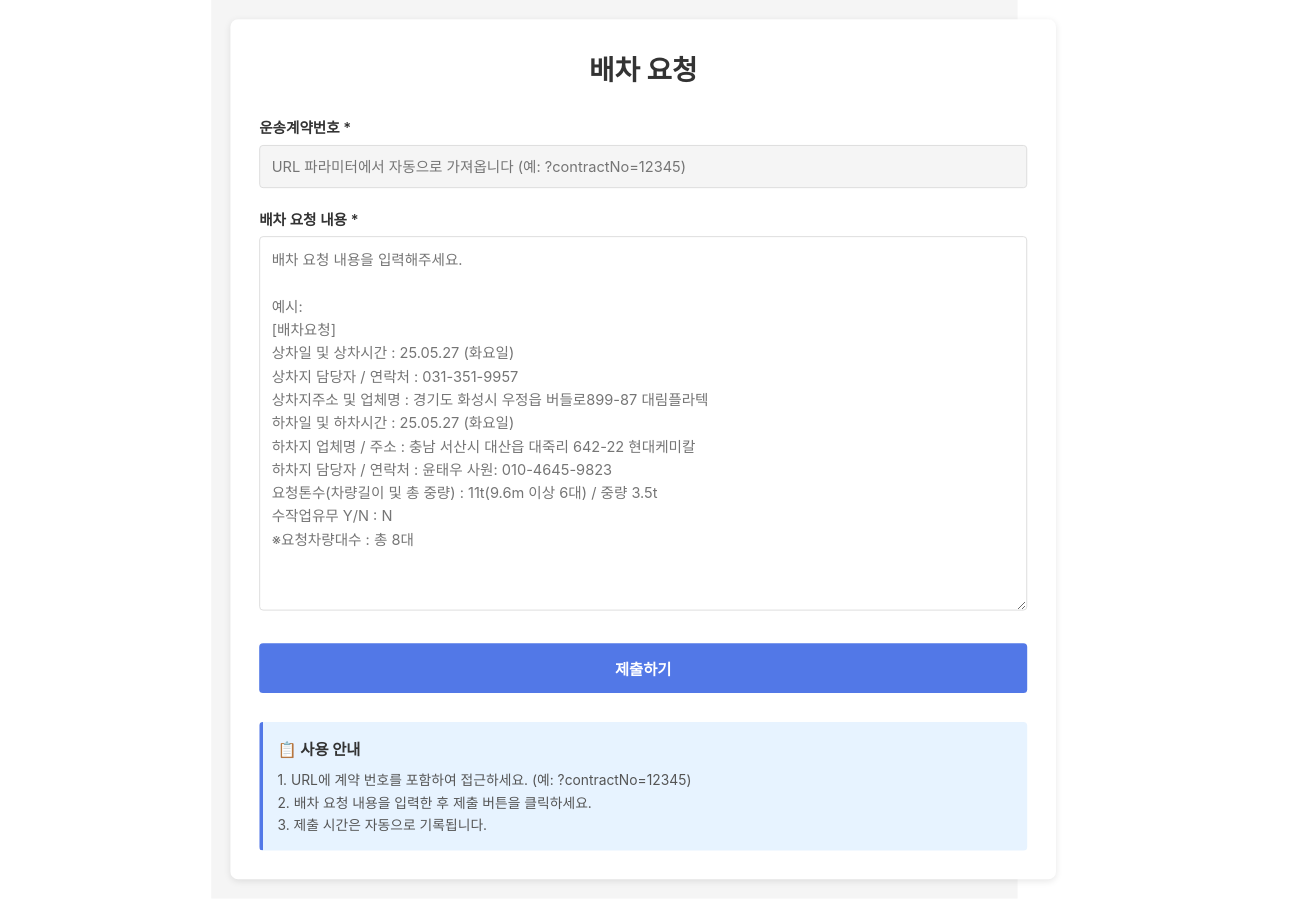
Repository: deul428/logis_transport
Page: / (app in frontend/)
These files come from the project's save history. The page is drawn as it stood at one moment and after the next save; the edit follows.
The browser window is 1280 px wide. The page is 1280 px wide, then 1360 px, so the pictures cover 1360 px, including what lies to the right of the window. The pictures show the whole page, at 96% of full size.
The project was rebuilt for these pictures with package versions that can differ from the ones it lists, and the page was loaded fresh each time. Also part of the build but not shown: frontend/src/App.scss.

Above is the page before, as saved 2025-11-13 13:48:02.

### frontend/public/index.html
<!DOCTYPE html>
<html lang="en">
  <head>
    <meta charset="utf-8" />
    <link rel="icon" href="%PUBLIC_URL%/favicon.ico" />
    <meta name="viewport" content="width=device-width, initial-scale=1" />
    <meta name="theme-color" content="#000000" />
    <meta
      name="description"
      content="Web site created using create-react-app"
    />
    <link rel="apple-touch-icon" href="%PUBLIC_URL%/android-icon-192x192.png" />
    <!--
      manifest.json provides metadata used when your web app is installed on a
      user's mobile device or desktop. See https://developers.google.com/web/fundamentals/web-app-manifest/
    -->
    <link rel="manifest" href="%PUBLIC_URL%/manifest.json" />
    <!--
      Notice the use of %PUBLIC_URL% in the tags above.
      It will be replaced with the URL of the `public` folder during the build.
      Only files inside the `public` folder can be referenced from the HTML.

      Unlike "/favicon.ico" or "favicon.ico", "%PUBLIC_URL%/favicon.ico" will
      work correctly both with client-side routing and a non-root public URL.
      Learn how to configure a non-root public URL by running `npm run build`.
    -->
    <title>로지스 운송 오더</title>
  </head>
  <body>
    <div id="root"></div>
    <!--
      This HTML file is a template.
      If you open it directly in the browser, you will see an empty page.

      You can add webfonts, meta tags, or analytics to this file.
      The build step will place the bundled scripts into the <body> tag.

      To begin the development, run `npm start` or `yarn start`.
      To create a production bundle, use `npm run build` or `yarn build`.
    -->
  </body>
</html>

### frontend/src/App.js
import { useState, useEffect } from "react";
import "./App.scss";
import "./styles/transport.scss";

function App() {
  const [contractNo, setContractNo] = useState("");
  const [content, setContent] = useState("");
  const [isSubmitted, setIsSubmitted] = useState(false);

  useEffect(() => {
    // URL에서 계약 번호 파라미터 읽기
    const params = new URLSearchParams(window.location.search);
    const contractNoParam =
      params.get("contractNo") || params.get("contract") || "";

    if (contractNoParam) {
      setContractNo(contractNoParam);
    }
  }, []);

  // 구글 폼 제출
  const handleSubmit = async (e) => {
    e.preventDefault();

    if (!contractNo.trim()) {
      alert(
        "계약 번호가 없습니다. URL에 계약 번호를 포함해주세요. (예: ?contractNo=12345)"
      );
      return;
    }

    if (!content.trim()) {
      alert("배차 요청 내용을 입력해 주세요.");
      return;
    }

    try {
      // 제출 시간 생성 (한국 시간)
      const now = new Date();
      const koreaTimeOffset = 9 * 60; // 한국은 UTC+9
      const koreaTime = new Date(now.getTime() + koreaTimeOffset * 60 * 1000);
      const year = koreaTime.getFullYear();
      const month = String(koreaTime.getMonth() + 1).padStart(2, "0");
      const day = String(koreaTime.getDate()).padStart(2, "0");
      const hours = String(koreaTime.getHours()).padStart(2, "0");
      const minutes = String(koreaTime.getMinutes()).padStart(2, "0");
      const seconds = String(koreaTime.getSeconds()).padStart(2, "0");
      const submitTime = `${year}-${month}-${day} ${hours}:${minutes}:${seconds}`;

      const formData = new FormData();
      // 계약 번호 필드 (구글 폼의 entry ID로 변경 필요)
      formData.append("entry.1271596132", contractNo);
      // 배차 요청 내용 필드 (구글 폼의 entry ID로 변경 필요)
      formData.append("entry.1285765036", content);


      // 구글 폼 URL (실제 구글 폼 URL로 변경 필요)
      const googleFormUrl =
        "https://docs.google.com/forms/d/e/1FAIpQLSepUaIyU7xQX5y7V2-OXf7BZamqW1xnarS4jM8SswiHX2m2rA/formResponse";

      await fetch(googleFormUrl, {
        method: "POST",
        body: formData,
        mode: "no-cors",
      });

      setIsSubmitted(true);
    } catch (err) {
      alert("오류가 발생했습니다. 관리자에게 문의해 주세요.");
      console.error(err);
    }
  };

  const resetForm = () => {
    setContent("");
    setIsSubmitted(false);
  };

  return (
    <div id="transport">
      <div className="cntnt_box">
        <div className="transport_header">
          <h2>배차 요청</h2>
        </div>

        {/* 입력 폼 */}
        {!isSubmitted && (
          <div id="input_area">
            <form id="customForm" onSubmit={handleSubmit}>
              <div className="input_field">
                <label>운송계약번호 *</label>
                <input
                  type="text"
                  value={contractNo}
                  disabled
                  placeholder="URL 파라미터에서 자동으로 가져옵니다 (예: ?contractNo=12345)"
                  style={{
                    backgroundColor: "#f5f5f5",
                    cursor: "not-allowed",
                    color: "#666",
                  }}
                />
              </div>

              <div className="input_field">
                <label>배차 요청 내용 *</label>
                <textarea
                  name="content"
                  rows={15}
                  placeholder={`배차 요청 내용을 입력해주세요.

예시:
[배차요청]
상차일 및 상차시간 : 25.05.27 (화요일)
상차지 담당자 / 연락처 : 031-351-9957
상차지주소 및 업체명 : 경기도 화성시 우정읍 버들로899-87 대림플라텍
하차일 및 하차시간 : 25.05.27 (화요일)
하차지 업체명 / 주소 : 충남 서산시 대산읍 대죽리 642-22 현대케미칼
하차지 담당자 / 연락처 : 윤태우 사원: 010-4645-9823
요청톤수(차량길이 및 총 중량) : 11t(9.6m 이상 6대) / 중량 3.5t
수작업유무 Y/N : N
※요청차량대수 : 총 8대`}
                  value={content}
                  onChange={(e) => setContent(e.target.value)}
                />
              </div>

              <button type="submit">제출하기</button>
            </form>
          </div>
        )}

        {/* 결과 표시 영역 */}
        {isSubmitted && (
          <div id="result_area">
            <h2>접수가 완료되었습니다.</h2>
            <div id="submittedData" className="card">
              <div className="rows row_01">
                <h3>운송계약번호</h3>
                <p>{contractNo || "미입력"}</p>
              </div>
              <div className="rows row_02">
                <h3>배차 요청 내용</h3>
                <p style={{ whiteSpace: "pre-wrap", wordBreak: "break-word" }}>
                  {content}
                </p>
              </div>
            </div>
            <button id="newResponseLink" onClick={resetForm}>
              신규 접수하기
            </button>
          </div>
        )}

        {/* 안내 영역 */}
        {!isSubmitted && (
          <div id="desc_area">
            <div className="info_box">
              <h4>📋 사용 안내</h4>
              <p>
                1. URL에 계약 번호를 포함하여 접근하세요. (예:
                ?contractNo=12345)
                <br />
                2. 배차 요청 내용을 입력한 후 제출 버튼을 클릭하세요.
                <br />
                3. 제출 시간은 자동으로 기록됩니다.
              </p>
            </div>
          </div>
        )}
      </div>
    </div>
  );
}

export default App;

### frontend/src/styles/transport.scss
#transport {
  width: 100%;
  max-width: 800px;
  margin: 0 auto;
  padding: 20px;
  min-height: 100vh;
  background-color: #f5f5f5;

  .cntnt_box {
    width: 100%;
    background-color: white;
    border-radius: 8px;
    padding: 30px;
    box-shadow: 0 2px 8px rgba(0, 0, 0, 0.1);

    .transport_header {
      text-align: center;
      margin-bottom: 30px;

      h2 {
        margin: 0 0 0.2rem;
        font-size: 1.8rem;
        color: #333;
      }
    }

    #input_area {
      margin-bottom: 1rem;
      width: 100%;

      form {
        margin: 0 auto;
        text-align: left;

        .input_field {
          margin-bottom: 20px;

          label {
            display: block;
            margin-bottom: 8px;
            font-weight: 600;
            color: #333;
            font-size: 0.95rem;
          }

          input,
          textarea {
            font-family: inherit;
            width: 100%;
            padding: 12px;
            border: 1px solid #ddd;
            border-radius: 4px;
            font-size: 0.95rem;
            box-sizing: border-box;
            transition: border-color 0.3s;

            &:focus {
              outline: none;
              border-color: #5278e7;
            }

            &:disabled {
              background-color: #f5f5f5;
              cursor: not-allowed;
              color: #666;
            }
          }

          textarea {
            resize: vertical;
            min-height: 300px;
            line-height: 1.6;
          }
        }

        button[type="submit"] {
          width: 100%;
          padding: 14px;
          background-color: #5278e7;
          color: white;
          border: none;
          border-radius: 4px;
          font-size: 1rem;
          font-weight: 600;
          cursor: pointer;
          transition: background-color 0.3s;
          margin-top: 10px;

          &:hover {
            background-color: #4268d6;
          }

          &:active {
            background-color: #3258c6;
          }
        }
      }
    }

    #result_area {
      margin: -1rem 0 0;
      width: 100%;
      text-align: center;

      h2 {
        margin: 0 0 20px;
        font-size: 1.5rem;
        color: #333;
      }

      #submittedData {
        text-align: left;
        margin-bottom: 1rem;
        background-color: #f9f9f9;
        border-radius: 4px;
        padding: 20px;
        box-shadow: none;

        div.rows {
          width: 100%;
          margin-bottom: 20px;

          &:last-child {
            margin-bottom: 0;
          }

          h3 {
            margin-top: 0;
            margin-bottom: 10px;
            font-size: 1rem;
            color: #5278e7;
          }

          p {
            white-space: pre-wrap;
            word-break: break-word;
            overflow-wrap: break-word;
            margin: 0;
            color: #333;
            line-height: 1.6;
          }
        }
      }

      #newResponseLink {
        width: 100%;
        padding: 12px;
        background-color: #6c757d;
        color: white;
        border: none;
        border-radius: 4px;
        font-size: 0.95rem;
        font-weight: 600;
        cursor: pointer;
        transition: background-color 0.3s;
        margin-top: 20px;

        &:hover {
          background-color: #5a6268;
        }
      }
    }

    #desc_area {
      width: 100%;
      margin-top: 30px;

      .info_box {
        background-color: #e7f3ff;
        border-left: 4px solid #5278e7;
        padding: 15px;
        border-radius: 4px;

        h4 {
          margin: 0 0 10px;
          font-size: 1rem;
          color: #333;
        }

        p {
          margin: 0;
          font-size: 0.9rem;
          color: #555;
          line-height: 1.6;
        }
      }
    }
  }

  /* 반응형 */
  @media (max-width: 768px) {
    padding: 10px;

    .cntnt_box {
      padding: 20px;

      .transport_header h2 {
        font-size: 1.5rem;
      }

      #input_area form .input_field textarea {
        min-height: 250px;
      }
    }
  }
}

Loaded but not shown: frontend/src/index.js (common file); frontend/src/index.css (common file); frontend/src/reportWebVitals.js (common file)

After the next save:
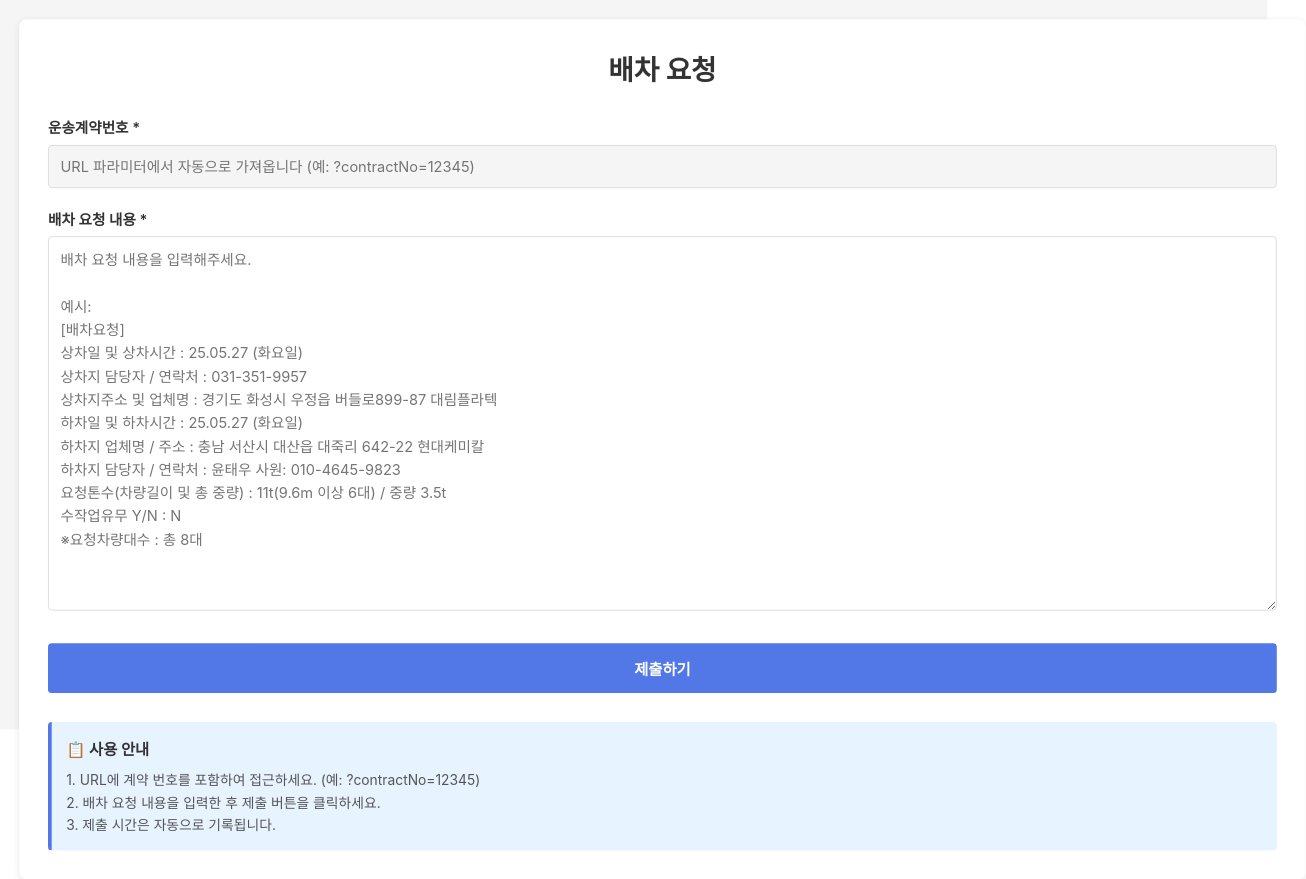
Saved 30 s later.
--- a/frontend/src/styles/transport.scss
+++ b/frontend/src/styles/transport.scss
@@ -1,6 +1,6 @@
 #transport {
-  width: 100%;
-  max-width: 800px;
+  width: 100dvw;
+  height: 100dvh;
   margin: 0 auto;
   padding: 20px;
   min-height: 100vh;
